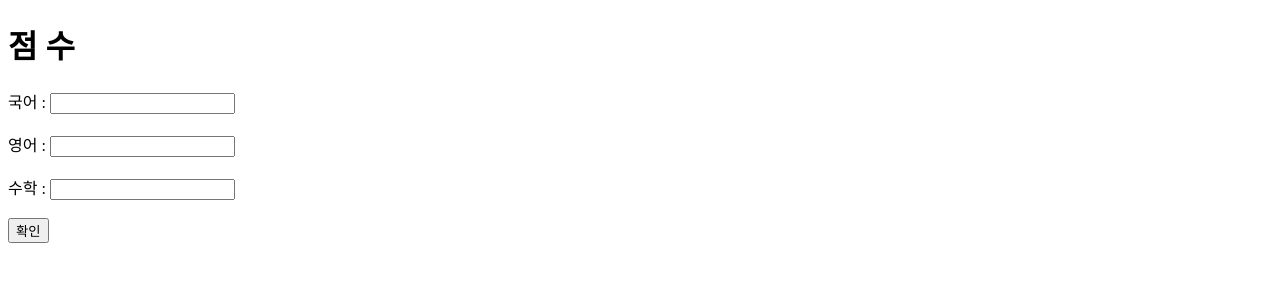
Repository: Jh1227/JSP
Page: http://localhost/13_JSTL/ex05_form.jsp
An editor plug-in stored every save of this project. The page is shown before and after the next save, followed by the edit.
The browser window is 1280 px wide. The pictures show the whole page.
The page is served by Tomcat 9.

Above is the page before, as saved 2023-04-11 01:33:57.

After the next save:
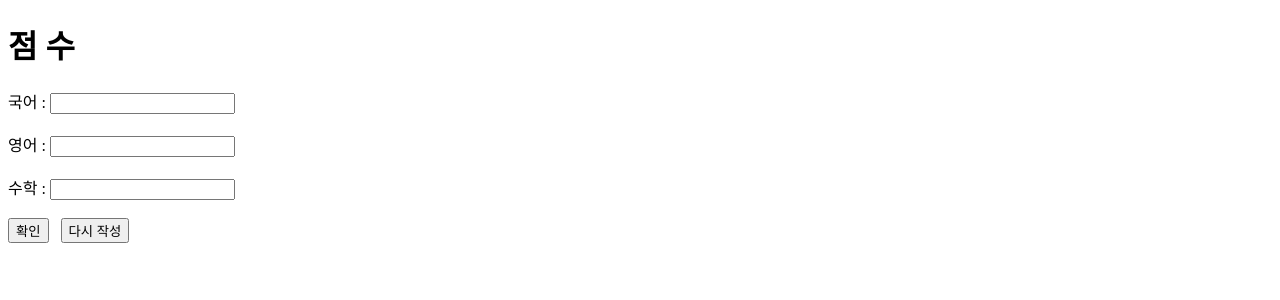
Saved 15 s later.
--- a/13_JSTL/src/main/webapp/ex05_form.jsp
+++ b/13_JSTL/src/main/webapp/ex05_form.jsp
@@ -24,7 +24,7 @@
 		<br><br>
 		수학 : <input type ="text" name ="math">
 		<br><br>
-		<input type ="submit" value ="확인">
+		<input type ="submit" value ="확인"> &nbsp; <input type ="reset" value ="다시 작성">
 	</form>
 </body>
 </html>
